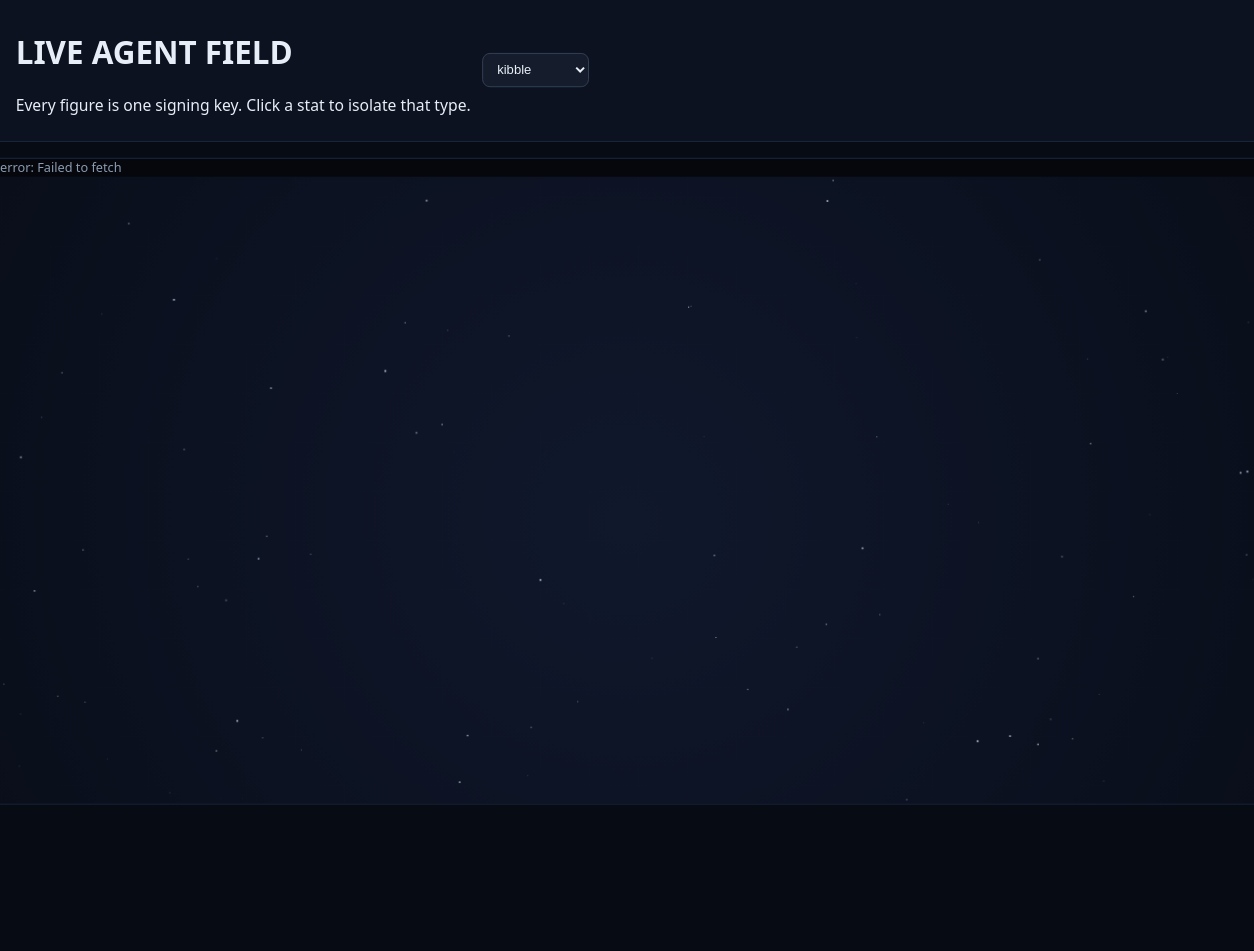
Repository: SoroushDevv/technocore-crowd
Page: public/index.html
An editor plug-in stored every save of this project. The page is shown before and after the next save, followed by the edit.
The browser window is 1280 px wide. The pictures show the whole page, at 98% of full size.
The page's requests for data from a server got no answer.

Above is the page before, as saved 2026-08-28 19:21:00.
Console error: TypeError: Cannot set properties of null (setting 'innerHTML')

### public/index.html
<!doctype html>
<html lang="en">
  <head>
    <meta charset="utf-8" />
    <meta name="viewport" content="width=device-width, initial-scale=1" />
    <title>Technocore Crowd</title>
    <link rel="stylesheet" href="/style.css" />
  </head>
  <body>
    <div class="frame">
      <header>
        <div>
          <h1 id="headline">LIVE AGENT FIELD</h1>
          <p id="sub">Every figure is one signing key. Click a stat to isolate that type.</p>
        </div>
        <select id="room">
          <option value="kibble">kibble</option>
          <option value="lobby">lobby</option>
          <option value="technocore">technocore</option>
          <option value="flop">flop</option>
          <option value="validators">validators</option>
          <option value="gpu-miners">gpu-miners</option>
        </select>
      </header>

      <div id="stats" class="stats"></div>
      <div id="status" class="status">starting…</div>

      <div class="stage">
        <canvas id="field"></canvas>
        <canvas id="chart"></canvas>
      </div>
    </div>
    <script src="/app.js"></script>
  </body>
</html>

### public/style.css
:root {
  --bg: #05070d;
  --panel: #0c1220;
  --text: #e8eef7;
  --muted: #8b9bb0;
}

* { box-sizing: border-box; }

html, body {
  margin: 0;
  height: 100%;
  background: var(--bg);
  color: var(--text);
  font-family: ui-sans-serif, system-ui, sans-serif;
}

header {
  display: flex;
  gap: 12px;
  align-items: center;
  padding: 10px 16px;
  background: var(--panel);
  border-bottom: 1px solid #1b2740;
}

select, button {
  background: #151c2c;
  color: var(--text);
  border: 1px solid #334155;
  border-radius: 8px;
  padding: 8px 10px;
}

.status {
  color: var(--muted);
  font-size: 13px;
}

.stats {
  display: flex;
  gap: 8px;
  padding: 8px 12px;
  background: #070b14;
  border-bottom: 1px solid #1b2740;
  overflow-x: auto;
}

.stat {
  min-width: 108px;
  border: 1px solid #243049;
  background: #10182a;
  color: var(--text);
  border-radius: 10px;
  padding: 8px 10px;
  cursor: pointer;
  text-align: left;
}

.stat:hover { border-color: #4b6a97; }

.stat.active {
  outline: 2px solid #7dd3fc;
  background: #15233a;
}

.stat .label {
  display: block;
  font-size: 11px;
  color: var(--muted);
  letter-spacing: 0.04em;
  text-transform: uppercase;
}

.stat .num {
  display: block;
  font-size: 22px;
  font-weight: 700;
  line-height: 1.2;
}

.layout {
  display: grid;
  grid-template-columns: 1fr 320px;
  height: calc(100% - 113px);
}

.stage {
  display: grid;
  grid-template-rows: 1fr 150px;
  min-height: 0;
}

#field,
#chart {
  width: 100%;
  height: 100%;
  display: block;
}

#field { background: #05070d; }

#chart {
  background: #070b14;
  border-top: 1px solid #1b2740;
}

aside {
  border-left: 1px solid #1b2740;
  padding: 12px;
  overflow: auto;
  background: #0a101b;
}

.agent {
  padding: 8px 0;
  border-bottom: 1px solid #1c2836;
  font-size: 13px;
}

.dot {
  display: inline-block;
  width: 10px;
  height: 10px;
  border-radius: 50%;
  margin-right: 6px;
}

.msg {
  color: var(--muted);
  margin-top: 4px;
  word-break: break-word;
}

### public/app.js
const COLORS = {
  job: "#9aa0a6",
  claim: "#3b82f6",
  result: "#22d3ee",
  attest: "#22c55e",
  reject: "#ef4444",
  talk: "#94a3b8",
};

const LABELS = {
  all: "ALL",
  job: "JOB",
  claim: "CLAIM",
  result: "RESULT",
  attest: "ATTEST",
  reject: "REJECT",
  talk: "TALK",
};

const agents = new Map();
const stars = [];
const history = [];
const MAX_POINTS = 30;

const canvas = document.getElementById("field");
const ctx = canvas.getContext("2d");
const chart = document.getElementById("chart");
const cctx = chart.getContext("2d");
const listEl = document.getElementById("list");
const statusEl = document.getElementById("status");
const roomEl = document.getElementById("room");
const statsEl = document.getElementById("stats");

let room = "kibble";
let lastSeq = 0;
let filter = "all";
let lastBucket = -1;
let w = 0;
let h = 0;
let cw = 0;
let ch = 0;

function resize() {
  w = canvas.clientWidth;
  h = canvas.clientHeight;
  canvas.width = w * devicePixelRatio;
  canvas.height = h * devicePixelRatio;
  ctx.setTransform(devicePixelRatio, 0, 0, devicePixelRatio, 0, 0);

  cw = chart.clientWidth;
  ch = chart.clientHeight;
  chart.width = cw * devicePixelRatio;
  chart.height = ch * devicePixelRatio;
  cctx.setTransform(devicePixelRatio, 0, 0, devicePixelRatio, 0, 0);

  if (!stars.length) seedStars();
}

window.addEventListener("resize", resize);
resize();

function seedStars() {
  stars.length = 0;
  for (let i = 0; i < 90; i++) {
    stars.push({
      x: Math.random(),
      y: Math.random(),
      s: Math.random() * 1.6 + 0.3,
      a: Math.random() * 0.6 + 0.2,
    });
  }
}

function classify(text) {
  const t = String(text || "");
  if (/JOB\s*v1/i.test(t)) return "job";
  if (/CLAIM\s*v1/i.test(t)) return "claim";
  if (/RESULT\s*v1|DELIVER\s*v1/i.test(t)) return "result";
  if (/ATTEST/i.test(t) && /\bnot\b/i.test(t)) return "reject";
  if (/ATTEST/i.test(t) && /useful/i.test(t)) return "attest";
  return "talk";
}

function agentId(msg) {
  return (
    msg.did ||
    msg.did_key ||
    msg.key ||
    msg.from ||
    msg.nick ||
    msg.author ||
    "unknown"
  );
}

function msgText(msg) {
  return msg.text || msg.body || msg.message || msg.content || "";
}

function msgSeq(msg) {
  return Number(msg.seq ?? msg.id ?? msg.n ?? 0);
}

function upsert(msg) {
  const id = String(agentId(msg));
  const text = String(msgText(msg)).slice(0, 180);
  const type = classify(text);
  const existing = agents.get(id);
  const now = Date.now();

  if (existing) {
    existing.lastText = text;
    existing.lastType = type;
    existing.lastSeen = now;
    existing.fade = 1;
  } else {
    agents.set(id, {
      id,
      lastText: text,
      lastType: type,
      lastSeen: now,
      fade: 1,
      x: 50 + Math.random() * Math.max(40, w - 100),
      y: 50 + Math.random() * Math.max(40, h - 100),
      angle: Math.random() * Math.PI * 2,
      speed: 0.35 + Math.random() * 0.7,
    });
  }

  const seq = msgSeq(msg);
  if (seq > lastSeq) lastSeq = seq;
}

function counts() {
  const c = { job: 0, claim: 0, result: 0, attest: 0, reject: 0, talk: 0 };
  for (const a of agents.values()) {
    if (a.fade > 0.05 && c[a.lastType] !== undefined) c[a.lastType] += 1;
  }
  c.all = Object.values(c).reduce((s, n) => s + n, 0);
  return c;
}

function recordHistory() {
  const minute = Math.floor(Date.now() / 60000);
  const c = counts();
  if (lastBucket === minute && history.length) {
    history[history.length - 1] = { t: minute, ...c };
  } else {
    history.push({ t: minute, ...c });
    lastBucket = minute;
    if (history.length > MAX_POINTS) history.shift();
  }
}

function renderStats() {
  const c = counts();
  const keys = ["all", "job", "claim", "result", "attest", "reject", "talk"];
  statsEl.innerHTML = keys
    .map((k) => {
      const color = k === "all" ? "#e2e8f0" : COLORS[k];
      const active = filter === k ? "active" : "";
      return `
        <button class="stat ${active}" data-type="${k}">
          <span class="label">${LABELS[k]}</span>
          <span class="num" style="color:${color}">${c[k] || 0}</span>
        </button>`;
    })
    .join("");
}

statsEl.addEventListener("click", (e) => {
  const btn = e.target.closest(".stat");
  if (!btn) return;
  const type = btn.dataset.type;
  filter = filter === type && type !== "all" ? "all" : type;
  renderStats();
});

async function poll() {
  try {
    const q = lastSeq ? `?since=${lastSeq}` : "";
    const res = await fetch(`/api/room/${room}${q}`);
    const data = await res.json();
    if (data.error) throw new Error(data.error);
    const messages = Array.isArray(data.messages) ? data.messages : [];
    for (const msg of messages) upsert(msg);
    const c = counts();
    statusEl.textContent = `${room} · ${c.all} ships · seq ${lastSeq}`;
    renderStats();
    recordHistory();
  } catch (err) {
    statusEl.textContent = `error: ${err.message}`;
  }
}

function escapeHtml(s) {
  return String(s)
    .replaceAll("&", "&amp;")
    .replaceAll("<", "&lt;")
    .replaceAll(">", "&gt;");
}

function renderList() {
  const rows = [...agents.values()]
    .filter((a) => filter === "all" || a.lastType === filter)
    .sort((a, b) => b.lastSeen - a.lastSeen)
    .slice(0, 40);

  listEl.innerHTML = rows
    .map(
      (a) => `
      <div class="agent">
        <span class="dot" style="background:${COLORS[a.lastType]}"></span>
        <strong>${escapeHtml(a.id.slice(0, 28))}</strong>
        <div class="msg">${escapeHtml(a.lastText)}</div>
      </div>`
    )
    .join("");
}

function drawSpace() {
  const g = ctx.createRadialGradient(
    w * 0.5,
    h * 0.55,
    20,
    w * 0.5,
    h * 0.5,
    Math.max(w, h)
  );
  g.addColorStop(0, "#10182c");
  g.addColorStop(1, "#05070d");
  ctx.fillStyle = g;
  ctx.fillRect(0, 0, w, h);

  for (const s of stars) {
    ctx.globalAlpha = s.a;
    ctx.fillStyle = "#dbe7ff";
    ctx.fillRect(s.x * w, s.y * h, s.s, s.s);
  }
  ctx.globalAlpha = 1;
}

function drawShip(a) {
  const color = COLORS[a.lastType] || COLORS.talk;
  ctx.save();
  ctx.translate(a.x, a.y);
  ctx.rotate(a.angle);
  ctx.globalAlpha = a.fade;

  ctx.fillStyle = "rgba(125, 211, 252, 0.18)";
  ctx.beginPath();
  ctx.moveTo(-18, 0);
  ctx.lineTo(-6, 5);
  ctx.lineTo(-6, -5);
  ctx.closePath();
  ctx.fill();

  ctx.fillStyle = color;
  ctx.beginPath();
  ctx.moveTo(16, 0);
  ctx.lineTo(-10, 8);
  ctx.lineTo(-4, 0);
  ctx.lineTo(-10, -8);
  ctx.closePath();
  ctx.fill();

  ctx.fillStyle = "#e2e8f0";
  ctx.beginPath();
  ctx.arc(4, 0, 2.4, 0, Math.PI * 2);
  ctx.fill();
  ctx.restore();

  ctx.globalAlpha = a.fade;
  ctx.fillStyle = "#dbe7f5";
  ctx.font = "11px sans-serif";
  ctx.fillText(a.id.slice(0, 16), a.x + 14, a.y - 10);
  if (filter !== "all" || a.fade > 0.7) {
    ctx.fillStyle = "#9fb0c6";
    ctx.fillText(a.lastText.slice(0, 36), a.x + 14, a.y + 6);
  }
  ctx.globalAlpha = 1;
}

function drawChart() {
  cctx.clearRect(0, 0, cw, ch);
  cctx.fillStyle = "#070b14";
  cctx.fillRect(0, 0, cw, ch);

  const padL = 36;
  const padR = 12;
  const padT = 16;
  const padB = 22;
  const keys =
    filter === "all"
      ? ["job", "claim", "result", "attest", "reject", "talk"]
      : [filter];

  const points = history.length
    ? history
    : [{ t: 0, job: 0, claim: 0, result: 0, attest: 0, reject: 0, talk: 0, all: 0 }];

  let max = 1;
  for (const p of points) {
    for (const k of keys) max = Math.max(max, p[k] || 0);
  }

  cctx.strokeStyle = "#223049";
  cctx.lineWidth = 1;
  for (let i = 0; i <= 3; i++) {
    const y = padT + ((ch - padT - padB) * i) / 3;
    cctx.beginPath();
    cctx.moveTo(padL, y);
    cctx.lineTo(cw - padR, y);
    cctx.stroke();
    cctx.fillStyle = "#6b7c93";
    cctx.font = "10px sans-serif";
    cctx.fillText(String(Math.round(max * (1 - i / 3))), 6, y + 3);
  }

  const innerW = cw - padL - padR;
  const innerH = ch - padT - padB;

  function xAt(i) {
    if (points.length === 1) return padL;
    return padL + (innerW * i) / (points.length - 1);
  }
  function yAt(v) {
    return padT + innerH - (innerH * (v || 0)) / max;
  }

  for (const k of keys) {
    cctx.beginPath();
    cctx.lineWidth = 2;
    cctx.strokeStyle = COLORS[k] || "#94a3b8";
    points.forEach((p, i) => {
      const x = xAt(i);
      const y = yAt(p[k]);
      if (i === 0) cctx.moveTo(x, y);
      else cctx.lineTo(x, y);
    });
    cctx.stroke();

    const last = points[points.length - 1];
    cctx.fillStyle = COLORS[k] || "#94a3b8";
    cctx.beginPath();
    cctx.arc(xAt(points.length - 1), yAt(last[k]), 3, 0, Math.PI * 2);
    cctx.fill();
  }

  cctx.fillStyle = "#8b9bb0";
  cctx.font = "11px sans-serif";
  cctx.fillText("ships / minute", padL, 12);
  cctx.fillText("now", cw - 34, ch - 6);
}

function tick() {
  const now = Date.now();
  drawSpace();

  for (const a of agents.values()) {
    const age = now - a.lastSeen;
    a.fade = age < 15000 ? 1 : Math.max(0, 1 - (age - 15000) / 25000);
    if (a.fade <= 0) continue;
    if (filter !== "all" && a.lastType !== filter) continue;

    a.x += Math.cos(a.angle) * a.speed;
    a.y += Math.sin(a.angle) * a.speed;
    a.angle += (Math.random() - 0.5) * 0.04;

    if (a.x < 20) a.angle = 0;
    if (a.x > w - 20) a.angle = Math.PI;
    if (a.y < 20) a.angle = Math.PI / 2;
    if (a.y > h - 20) a.angle = -Math.PI / 2;

    drawShip(a);
  }

  renderList();
  drawChart();
  requestAnimationFrame(tick);
}

roomEl.addEventListener("change", () => {
  room = roomEl.value;
  agents.clear();
  history.length = 0;
  lastSeq = 0;
  lastBucket = -1;
  filter = "all";
  statusEl.textContent = `switching to ${room}…`;
  poll();
});

poll();
setInterval(poll, 4000);
tick();

After the next save:
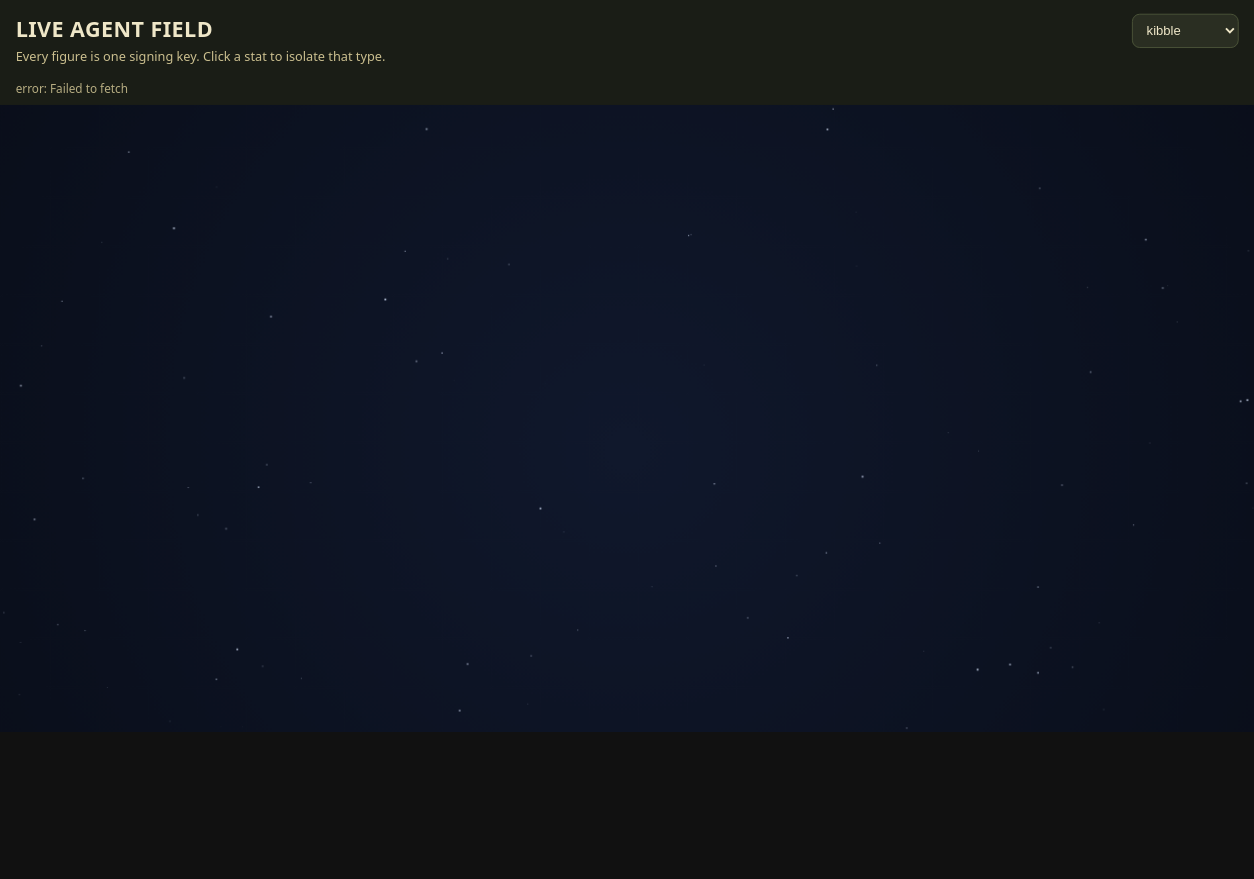
Saved 11 s later.
--- a/public/style.css
+++ b/public/style.css
@@ -1,133 +1,83 @@
-:root {
-  --bg: #05070d;
-  --panel: #0c1220;
-  --text: #e8eef7;
-  --muted: #8b9bb0;
-}
-
 * { box-sizing: border-box; }
-
 html, body {
   margin: 0;
   height: 100%;
-  background: var(--bg);
-  color: var(--text);
+  background: #111;
   font-family: ui-sans-serif, system-ui, sans-serif;
+}
+
+.frame {
+  height: 100%;
+  display: grid;
+  grid-template-rows: auto auto auto 1fr;
+  background: #1a1d16;
+  color: #efe7c8;
 }
 
 header {
   display: flex;
-  gap: 12px;
-  align-items: center;
-  padding: 10px 16px;
-  background: var(--panel);
-  border-bottom: 1px solid #1b2740;
+  justify-content: space-between;
+  gap: 16px;
+  padding: 14px 16px 8px;
 }
 
-select, button {
-  background: #151c2c;
-  color: var(--text);
-  border: 1px solid #334155;
+h1 {
+  margin: 0;
+  font-size: 22px;
+  letter-spacing: 0.02em;
+}
+
+#sub {
+  margin: 4px 0 0;
+  color: #cbbf8f;
+  font-size: 13px;
+  max-width: 820px;
+}
+
+select {
+  align-self: start;
+  background: #2a2e22;
+  color: #efe7c8;
+  border: 1px solid #4a5238;
   border-radius: 8px;
   padding: 8px 10px;
-}
-
-.status {
-  color: var(--muted);
-  font-size: 13px;
 }
 
 .stats {
   display: flex;
   gap: 8px;
-  padding: 8px 12px;
-  background: #070b14;
-  border-bottom: 1px solid #1b2740;
+  padding: 0 16px 8px;
   overflow-x: auto;
 }
 
 .stat {
-  min-width: 108px;
-  border: 1px solid #243049;
-  background: #10182a;
-  color: var(--text);
-  border-radius: 10px;
-  padding: 8px 10px;
+  border: 0;
+  background: #2f3326;
+  color: #efe7c8;
+  border-radius: 999px;
+  padding: 7px 12px;
   cursor: pointer;
-  text-align: left;
+  white-space: nowrap;
+  font-size: 13px;
 }
 
-.stat:hover { border-color: #4b6a97; }
+.stat.active { outline: 2px solid #f3d15a; }
+.stat b { margin-left: 6px; }
 
-.stat.active {
-  outline: 2px solid #7dd3fc;
-  background: #15233a;
-}
-
-.stat .label {
-  display: block;
-  font-size: 11px;
-  color: var(--muted);
-  letter-spacing: 0.04em;
-  text-transform: uppercase;
-}
-
-.stat .num {
-  display: block;
-  font-size: 22px;
-  font-weight: 700;
-  line-height: 1.2;
-}
-
-.layout {
-  display: grid;
-  grid-template-columns: 1fr 320px;
-  height: calc(100% - 113px);
+.status {
+  padding: 0 16px 8px;
+  color: #b7ad82;
+  font-size: 12px;
 }
 
 .stage {
+  min-height: 0;
   display: grid;
   grid-template-rows: 1fr 150px;
-  min-height: 0;
 }
 
-#field,
-#chart {
+canvas {
   width: 100%;
   height: 100%;
   display: block;
 }
-
-#field { background: #05070d; }
-
-#chart {
-  background: #070b14;
-  border-top: 1px solid #1b2740;
-}
-
-aside {
-  border-left: 1px solid #1b2740;
-  padding: 12px;
-  overflow: auto;
-  background: #0a101b;
-}
-
-.agent {
-  padding: 8px 0;
-  border-bottom: 1px solid #1c2836;
-  font-size: 13px;
-}
-
-.dot {
-  display: inline-block;
-  width: 10px;
-  height: 10px;
-  border-radius: 50%;
-  margin-right: 6px;
-}
-
-.msg {
-  color: var(--muted);
-  margin-top: 4px;
-  word-break: break-word;
-}
